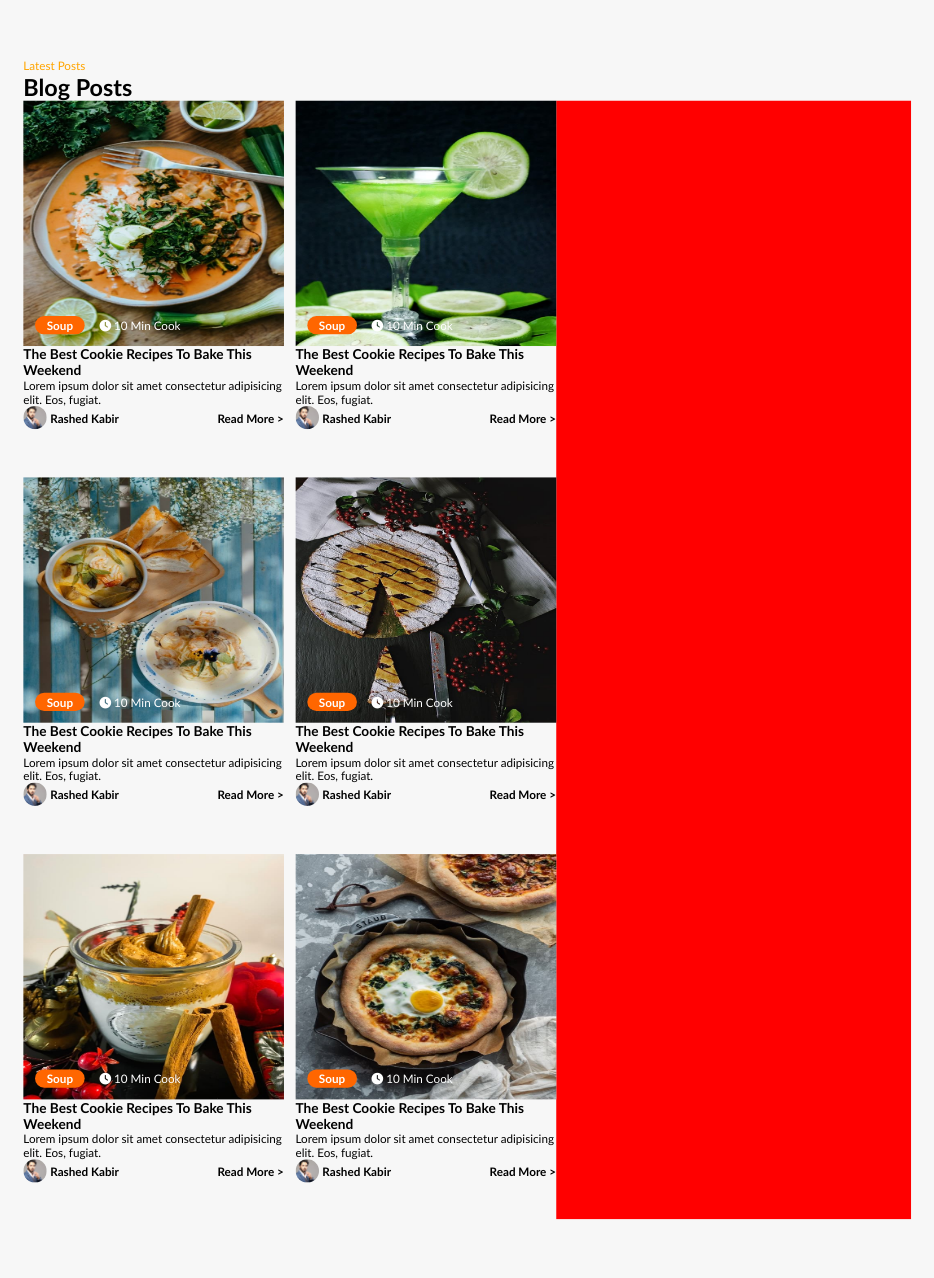
Repository: ngoctinvo/diner_project_cybersoft
Page: html/blog.html
An editor plug-in stored every save of this project. The page is shown before and after the next save, followed by the edit.
The browser window is 1280 px wide. The pictures show the whole page, at 73% of full size.
Some web libraries are served in a nearby version. The style sheet was rebuilt from its Sass, Less or Tailwind sources for each picture, by a compiler version that may differ from the author's.

Above is the page before, as saved 2022-04-19 10:23:54.

### html/blog.html
<!DOCTYPE html>
<html lang="en">

<head>
    <meta charset="UTF-8">
    <meta http-equiv="X-UA-Compatible" content="IE=edge">
    <meta name="viewport" content="width=device-width, initial-scale=1.0">
    <title>Document</title>
    <link rel="stylesheet" href="https://cdnjs.cloudflare.com/ajax/libs/font-awesome/6.1.1/css/all.min.css" integrity="sha512-KfkfwYDsLkIlwQp6LFnl8zNdLGxu9YAA1QvwINks4PhcElQSvqcyVLLD9aMhXd13uQjoXtEKNosOWaZqXgel0g==" crossorigin="anonymous" referrerpolicy="no-referrer"
    />
    <link rel="stylesheet" href="../css/blog.css">
</head>

<body>
    <header></header>
    <section class="blog">
        <div class="container">
            <div class="title">
                <p>Latest Posts</p>
                <h1>Blog Posts</h1>
            </div>
            <div class="row">
                <div class="left-posts">
                    <div class="list">
                        <div class="item">
                            <div class="img">
                                <img src="../img/blog/g1.jpg" alt="">
                                <div class="info-img">
                                    <button>Soup</button>
                                    <span><i class="fa fa-clock"></i> 10 Min Cook</span>
                                </div>

                            </div>
                            <div class="content">
                                <h3>The Best Cookie Recipes To Bake This Weekend</h3>
                                <p>Lorem ipsum dolor sit amet consectetur adipisicing elit. Eos, fugiat.</p>
                            </div>
                            <div class="author">
                                <div class="author-info">
                                    <a href="#">
                                        <img src="../img/blog/team1.jpg" alt="">
                                        <span>Rashed Kabir</span>
                                    </a>
                                </div>

                                <a href="#">Read More ></a>
                            </div>
                        </div>
                        <div class="item">
                            <div class="img">
                                <img src="../img/blog/g2.jpg" alt="">
                                <div class="info-img">
                                    <button>Soup</button>
                                    <span><i class="fa fa-clock"></i> 10 Min Cook</span>
                                </div>

                            </div>
                            <div class="content">
                                <h3>The Best Cookie Recipes To Bake This Weekend</h3>
                                <p>Lorem ipsum dolor sit amet consectetur adipisicing elit. Eos, fugiat.</p>
                            </div>
                            <div class="author">
                                <div class="author-info">
                                    <a href="#">
                                        <img src="../img/blog/team1.jpg" alt="">
                                        <span>Rashed Kabir</span>
                                    </a>
                                </div>

                                <a href="#">Read More ></a>
                            </div>
                        </div>
                        <div class="item">
                            <div class="img">
                                <img src="../img/blog/g3.jpg" alt="">
                                <div class="info-img">
                                    <button>Soup</button>
                                    <span><i class="fa fa-clock"></i> 10 Min Cook</span>
                                </div>

                            </div>
                            <div class="content">
                                <h3>The Best Cookie Recipes To Bake This Weekend</h3>
                                <p>Lorem ipsum dolor sit amet consectetur adipisicing elit. Eos, fugiat.</p>
                            </div>
                            <div class="author">
                                <div class="author-info">
                                    <a href="#">
                                        <img src="../img/blog/team1.jpg" alt="">
                                        <span>Rashed Kabir</span>
                                    </a>
                                </div>

                                <a href="#">Read More ></a>
                            </div>
                        </div>
                        <div class="item">
                            <div class="img">
                                <img src="../img/blog/g4.jpg" alt="">
                                <div class="info-img">
                                    <button>Soup</button>
                                    <span><i class="fa fa-clock"></i> 10 Min Cook</span>
                                </div>

                            </div>
                            <div class="content">
                                <h3>The Best Cookie Recipes To Bake This Weekend</h3>
                                <p>Lorem ipsum dolor sit amet consectetur adipisicing elit. Eos, fugiat.</p>
                            </div>
                            <div class="author">
                                <div class="author-info">
                                    <a href="#">
                                        <img src="../img/blog/team1.jpg" alt="">
                                        <span>Rashed Kabir</span>
                                    </a>
                                </div>

                                <a href="#">Read More ></a>
                            </div>
                        </div>
                        <div class="item">
                            <div class="img">
                                <img src="../img/blog/g5.jpg" alt="">
                                <div class="info-img">
                                    <button>Soup</button>
                                    <span><i class="fa fa-clock"></i> 10 Min Cook</span>
                                </div>

                            </div>
                            <div class="content">
                                <h3>The Best Cookie Recipes To Bake This Weekend</h3>
                                <p>Lorem ipsum dolor sit amet consectetur adipisicing elit. Eos, fugiat.</p>
                            </div>
                            <div class="author">
                                <div class="author-info">
                                    <a href="#">
                                        <img src="../img/blog/team1.jpg" alt="">
                                        <span>Rashed Kabir</span>
                                    </a>
                                </div>

                                <a href="#">Read More ></a>
                            </div>
                        </div>
                        <div class="item">
                            <div class="img">
                                <img src="../img/blog/g6.jpg" alt="">
                                <div class="info-img">
                                    <button>Soup</button>
                                    <span><i class="fa fa-clock"></i> 10 Min Cook</span>
                                </div>

                            </div>
                            <div class="content">
                                <h3>The Best Cookie Recipes To Bake This Weekend</h3>
                                <p>Lorem ipsum dolor sit amet consectetur adipisicing elit. Eos, fugiat.</p>
                            </div>
                            <div class="author">
                                <div class="author-info">
                                    <a href="#">
                                        <img src="../img/blog/team1.jpg" alt="">
                                        <span>Rashed Kabir</span>
                                    </a>
                                </div>

                                <a href="#">Read More ></a>
                            </div>
                        </div>
                    </div>
                    <div class="control-btn"></div>
                </div>
                <div class="right-posts">
                    <!-- <div class="right-container">
                        <div class="item latest-recipes">
                            <h2>Lastest recipes</h2>
                            <div class="list">
                                <div class="item">
                                    <img src="../img/blog/banner1.jpg">
                                    <span>How to make capuccino</span>
                                </div>
                                <div class="item">
                                    <img src="../img/blog/banner1.jpg">
                                    <span>How to make capuccino</span>
                                </div>
                                <div class="item">
                                    <img src="../img/blog/banner1.jpg">
                                    <span>How to make capuccino</span>
                                </div>
                                <div class="item">
                                    <img src="../img/blog/banner1.jpg">
                                    <span>How to make capuccino</span>
                                </div>
                            </div>
                        </div>
                        <div class="item trending-posts">
                            <h3>Trending posts</h3>
                            <div class="list">
                                <div class="item">
                                    <img src="../img/blog/g3.jpg" alt="">
                                    <div class="info">
                                        <p>12 Curry Recipes You’ll Ever Need</p>
                                        <span>Feb 4, 2021</span>
                                    </div>
                                </div>
                            </div>
                        </div>
                        <div class="item categories">
                            <h3>Categories</h3>
                            <ul>
                                <li>
                                    <a href="#">Desserts</a>
                                </li>
                                <li>
                                    <a href="#">Cakes and Biscuits</a>
                                </li>
                                <li>
                                    <a href="#">Food recipes</a>
                                </li>

                            </ul>
                        </div>
                        <div class="item advertisement">
                            <h3>Advertisement</h3>
                            <img src="../img/blog/g1.jpg" alt="">
                        </div>
                    </div> -->



                </div>
            </div>
        </div>
        </div>
    </section>
    <footer></footer>
</body>

</html>

### sass/blog.scss
* {
    margin: 0;
    padding: 0;
    box-sizing: border-box;
    font-family: 'Gill Sans', 'Gill Sans MT', Calibri, 'Trebuchet MS', sans-serif;
}

.blog {
    color: black;
    .container {
        width: 100%;
        background-color: #f7f7f7;
        padding: 5rem 2rem;
        .title {
            p {
                color: orange;
                font-size: 1rem;
            }
            h1 {
                font-size: 2rem;
            }
        }
        .row {
            display: flex;
            flex-direction: row;
            .left-posts {
                width: 60%;
                .list {
                    display: grid;
                    grid-template-columns: 1fr 1fr;
                    grid-template-rows: repeat(3, 500px);
                    gap: 1rem;
                    .item {
                        margin-bottom: 5rem;
                        .img {
                            position: relative;
                            height: 80%;
                            width: 100%;
                            img {
                                width: 100%;
                                height: 100%;
                            }
                            .info-img {
                                position: absolute;
                                width: 100%;
                                bottom: 0;
                                left: 0;
                                button {
                                    cursor: pointer;
                                    font-size: 1rem;
                                    font-weight: 600;
                                    color: white;
                                    padding: 0.2rem 1rem;
                                    border-radius: 1rem;
                                    border: none;
                                    margin: 1rem;
                                    background-color: #ff6600;
                                }
                                span {
                                    color: white;
                                }
                            }
                        }
                        .author {
                            display: flex;
                            flex-direction: row;
                            justify-content: space-between;
                            align-items: center;
                            a {
                                display: flex;
                                flex-direction: row;
                                align-items: center;
                            }
                            .author-info {
                                margin-right: 1rem;
                                img {
                                    width: 2rem;
                                    border-radius: 50%;
                                    margin-right: 0.3rem;
                                }
                            }
                            a {
                                text-decoration: none;
                                color: black;
                                font-size: 1rem;
                                font-weight: 600;
                            }
                        }
                    }
                }
            }
            .right-posts {
                width: 40%;
                background-color: red;
            }
        }
    }
}

After the next save:
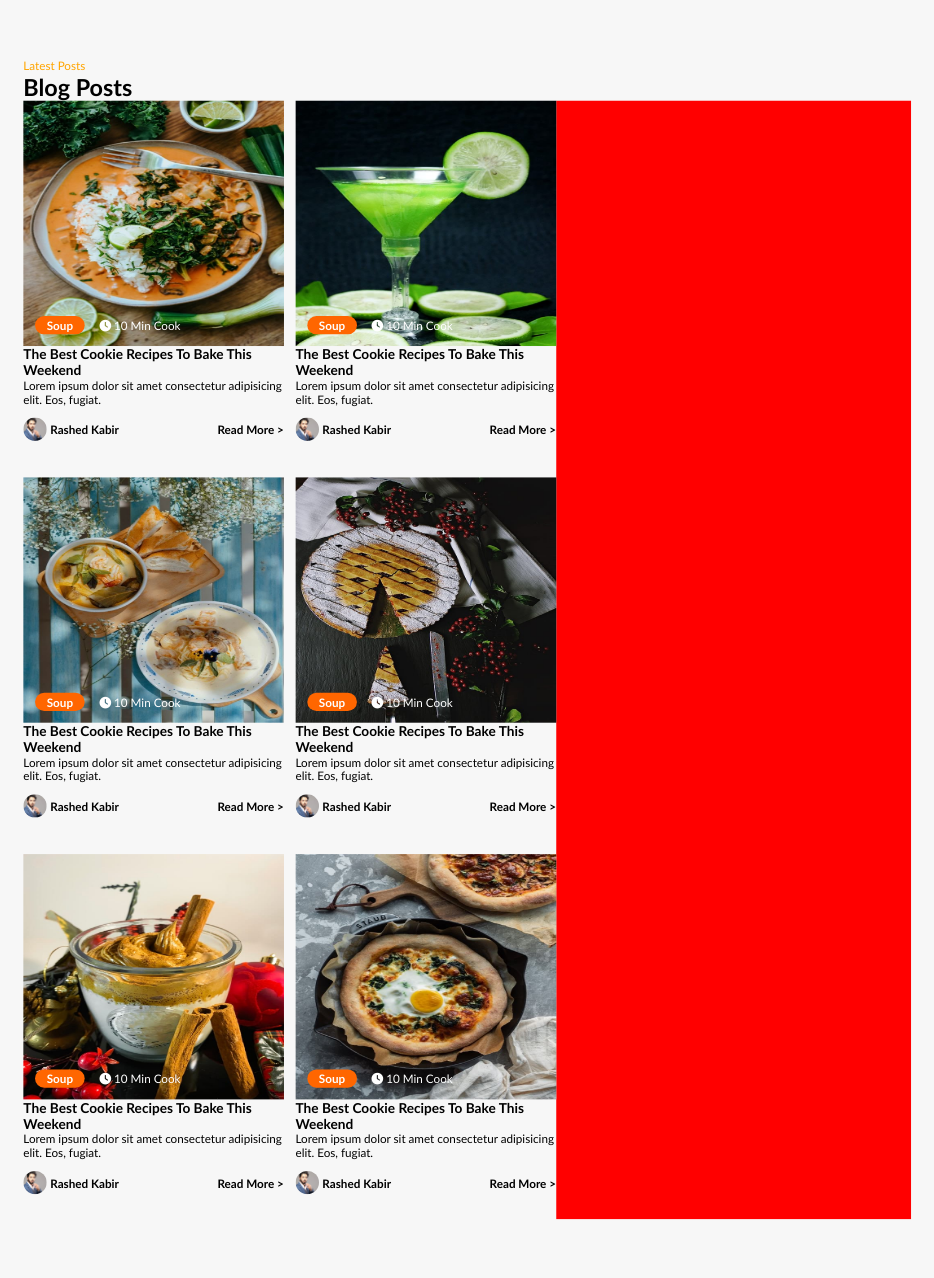
Saved 36 s later.
--- a/sass/blog.scss
+++ b/sass/blog.scss
@@ -66,6 +66,7 @@
                             flex-direction: row;
                             justify-content: space-between;
                             align-items: center;
+                            margin-top: 1rem;
                             a {
                                 display: flex;
                                 flex-direction: row;
